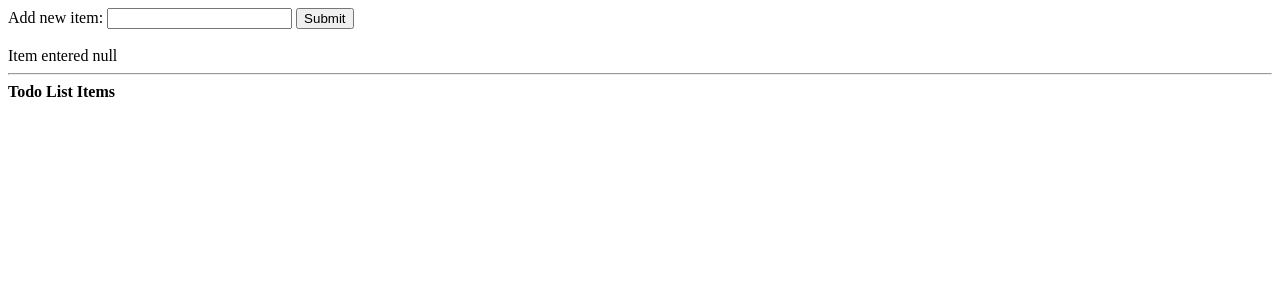
Repository: AshrafPatel/JavaEE
Page: http://localhost/JavaEEWeb/todo.jsp
An editor plug-in stored every save of this project. The page is shown before and after the next save, followed by the edit.
The browser window is 1280 px wide. The pictures show the whole page.
The page is served by Tomcat 9.

Above is the page before, as saved 2021-11-12 19:44:41.

### JavaEEWeb/src/main/webapp/todo.jsp
<%@ page import="java.util.*" %>
<%@ page language="java" contentType="text/html; charset=ISO-8859-1"
    pageEncoding="ISO-8859-1"%>
<!DOCTYPE html>
<html>
<head>
<meta charset="ISO-8859-1">
<title>Insert title here</title>
</head>
<body>
	<form action="todo.jsp">
		Add new item: <input type="text" name="theItem"/>
		<input type="submit" value="Submit"/>
	</form>

	<br>
	Item entered <%= request.getParameter("theItem") %>

	<%
		List<String> items = (List<String>) session.getAttribute("myToDoList");

		if (items==null) {
			items = new ArrayList<String>();
			session.setAttribute("myToDoList", items);
		}

		String theItem = request.getParameter("theItem");
		if (theItem != null) {
			items.add(theItem);
		}
	%>
	<hr>
	<b>Todo List Items</b>
	<br>
	<ol>
		<%
			for (String temp:items) {
				out.println("<li>" + temp + "<li/>");
			}
		%>
	</ol>

</body>
</html>

After the next save:
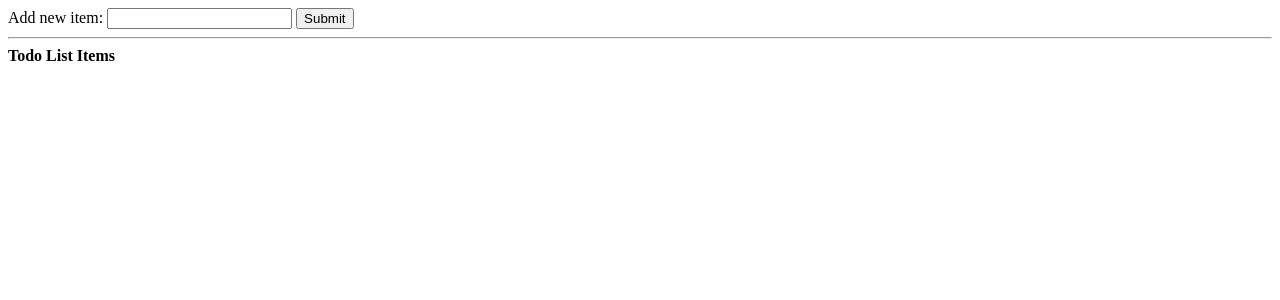
Saved 88 s later.
--- a/JavaEEWeb/src/main/webapp/todo.jsp
+++ b/JavaEEWeb/src/main/webapp/todo.jsp
@@ -12,9 +12,6 @@
 		Add new item: <input type="text" name="theItem"/>
 		<input type="submit" value="Submit"/>
 	</form>
-
-	<br>
-	Item entered <%= request.getParameter("theItem") %>
 
 	<%
 		List<String> items = (List<String>) session.getAttribute("myToDoList");
